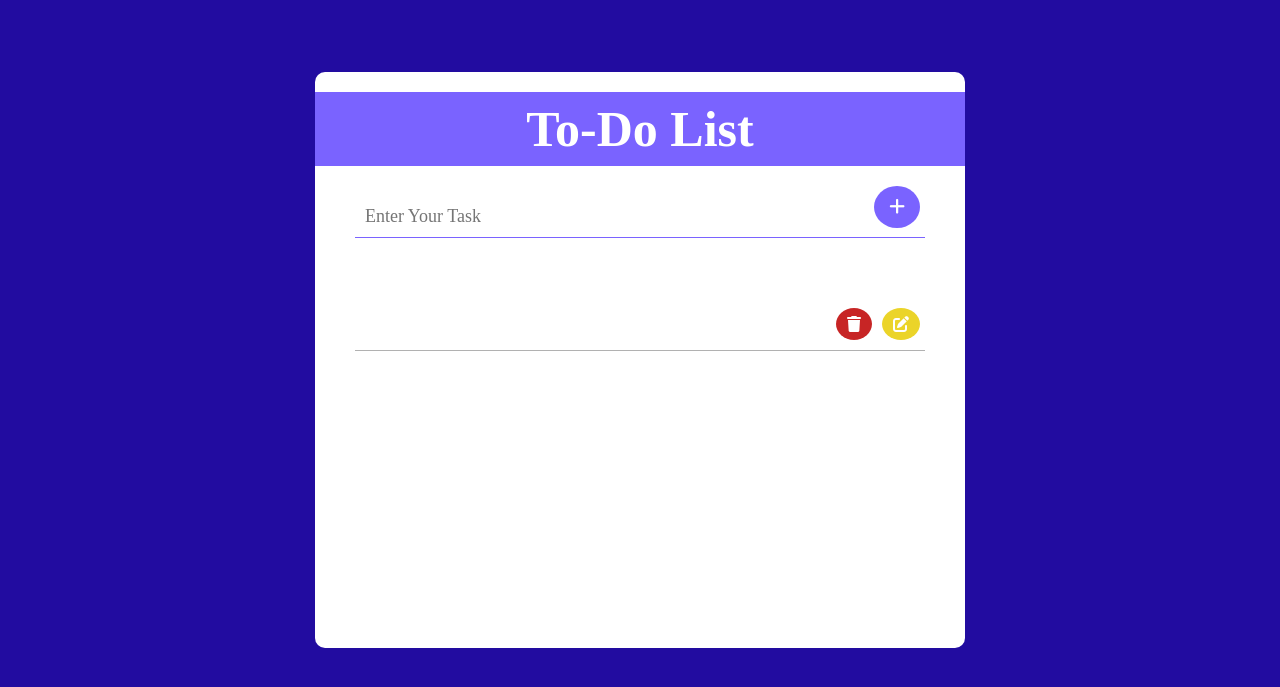
Repository: AliHassan02-Dev/To-Do-App
Page: /, after clicking the first element matching `span.fa-solid`
The author's editor kept a copy of each file at every save. The page is drawn from the files as they stood at one save, then again after the next save.
The browser window is 1280 px wide. The pictures show the whole page.
Some web libraries are served in a nearby version. The project was rebuilt for these pictures with package versions that can differ from the ones it lists, and the page was loaded fresh each time. Also part of the build but not shown: vite.config.js.

Above is the page before, as saved 2024-10-28 12:40:15.

After the next save:
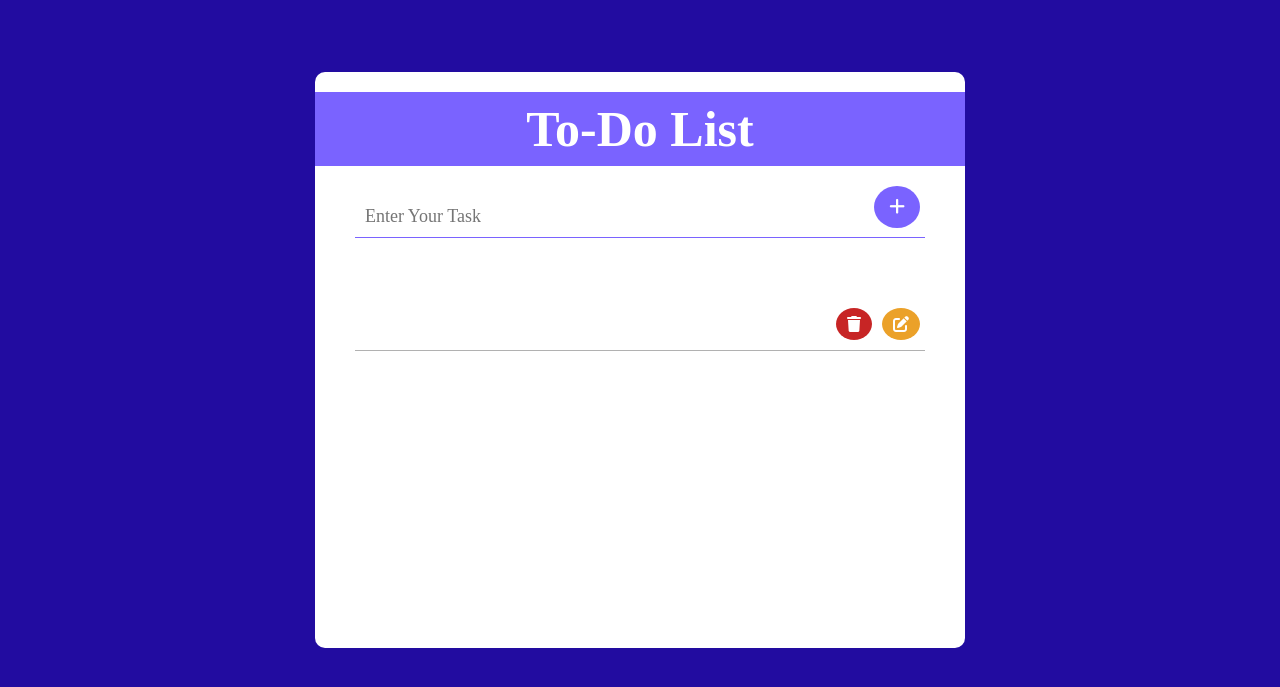
Saved 13 s later.
--- a/src/App.css
+++ b/src/App.css
@@ -134,7 +134,7 @@ body {
 }
 
 span.fa-solid.fa-edit {
-  background-color: rgb(235, 212, 41) !important;
+  background-color: rgb(235, 161, 41) !important;
 }
 
 .buttons {
